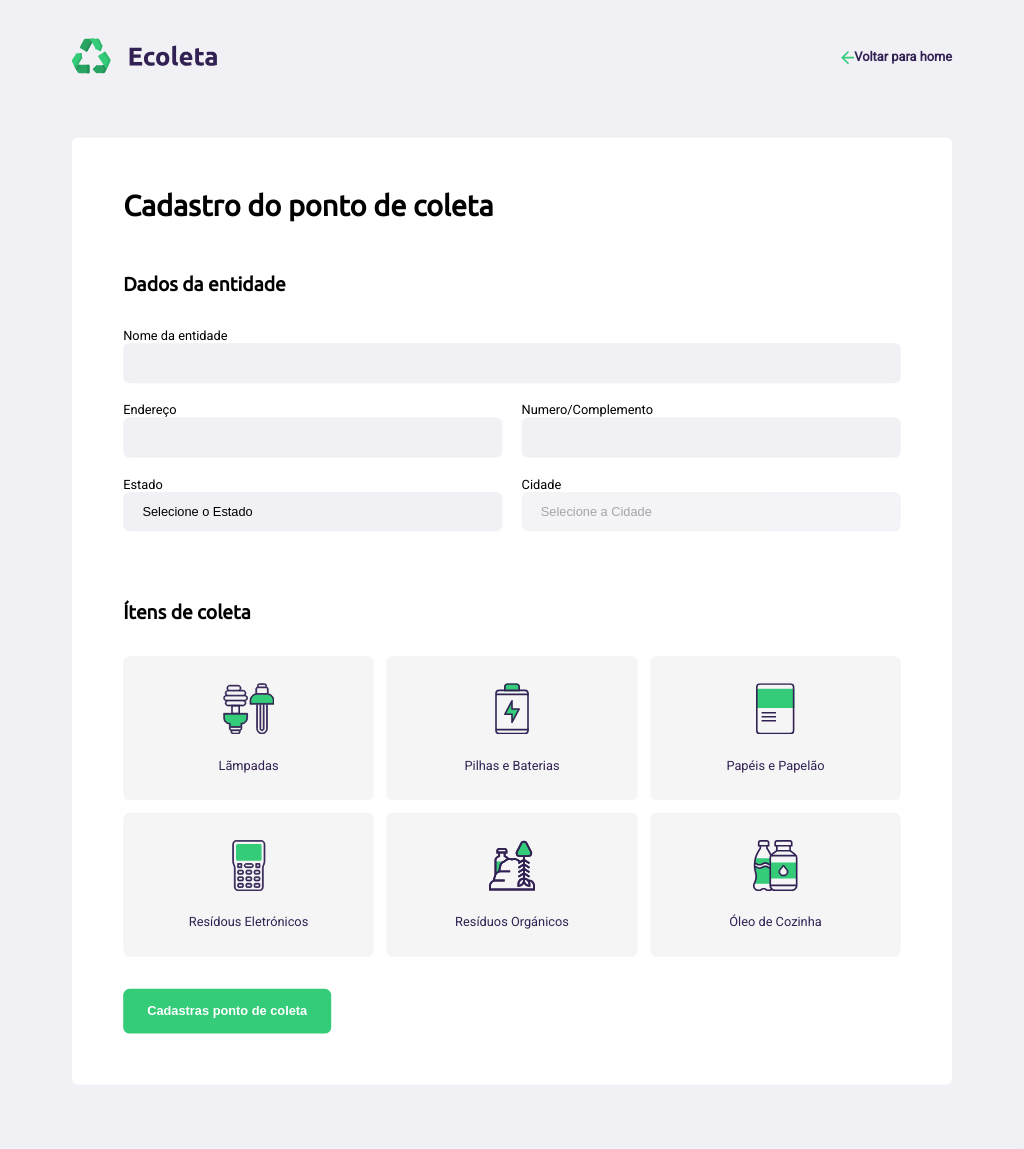
Repository: ivobass/NextLevelWeek
Page: search-results.html
These files come from the project's save history. The page is drawn as it stood at one moment and after the next save; the edit follows.
The browser window is 1280 px wide. The pictures show the whole page, at 80% of full size.
The page's requests for data from a server got no answer.

Above is the page before, as saved 2020-06-04 00:34:39.
Console error: ReferenceError: itemId is not defined

After the next save:
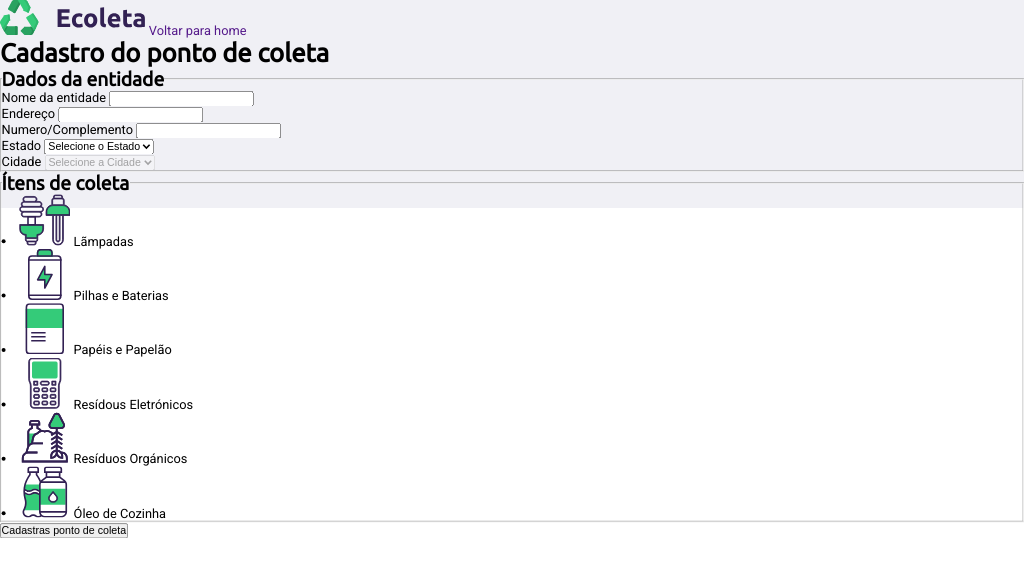
Saved 62 s later.
--- a/search-results.html
+++ b/search-results.html
@@ -5,11 +5,11 @@
     <meta charset="UTF-8">
     <!--aceita caracteres especiais-->
     <meta name="viewport" content="width=device-width, initial-scale=1.0">
-    <title>Criar um ponto de Ecoleta</title>
+    <title>Resultado da pesquisa</title>
 
     <link href="https://fonts.googleapis.com/css2?family=Roboto&family=Ubuntu:wght:wght@300;700&display=swap" rel="stylesheet">
     <link rel="stylesheet" href="/styles/main.css">
-    <link rel="stylesheet" href="/styles/create-point.css">
+    <link rel="stylesheet" href="/styles/search-results.css">
     <link rel="stylesheet" href="/styles/responsive.css">
 
 </head>
